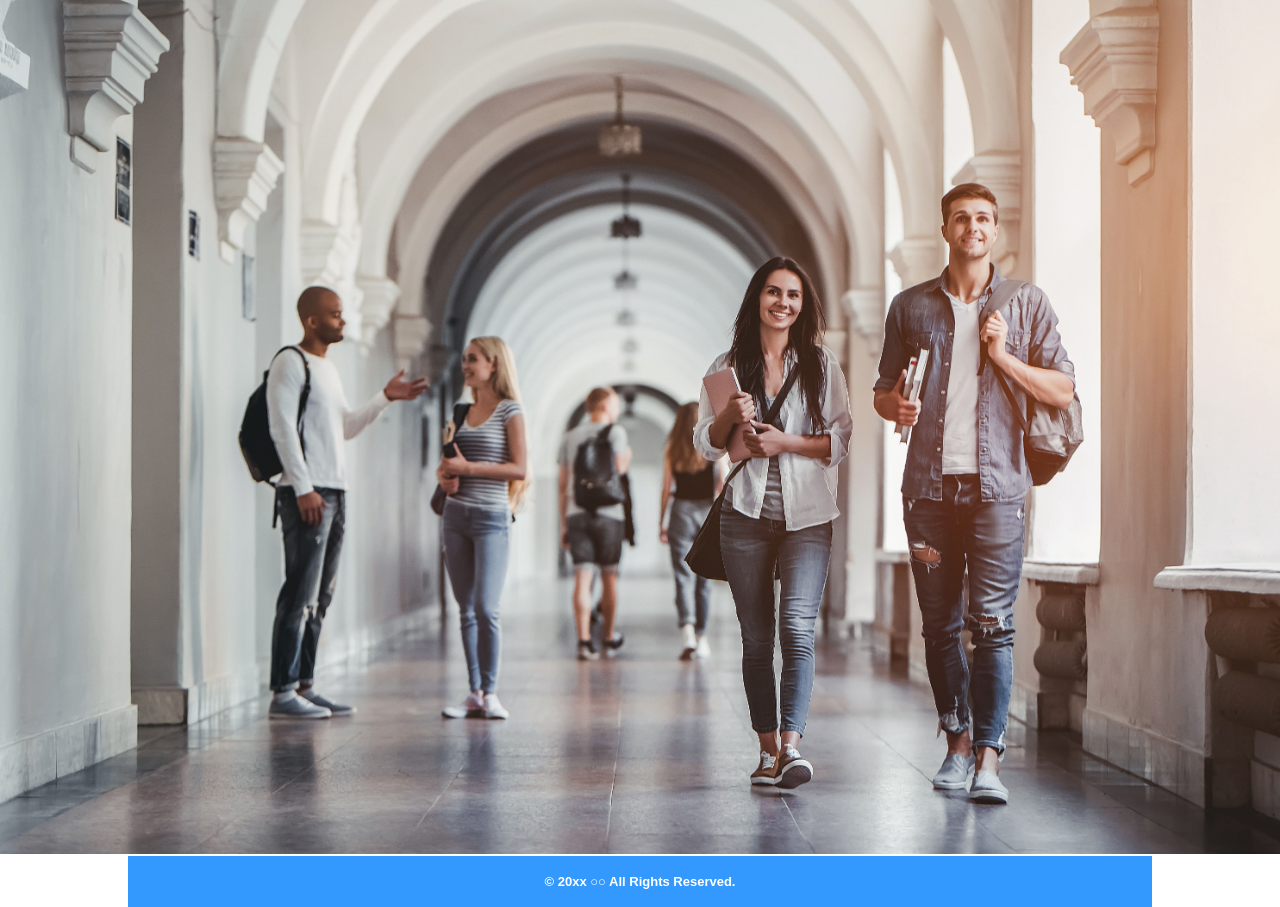
Repository: risa888/practice
Page: index.html
The author's editor kept a record of every edit. The page is drawn from the files as they stood at one moment, then again after the next edit.
The browser window is 1280 px wide. The pictures show the whole page.

Above is the page before.

After the next edit:
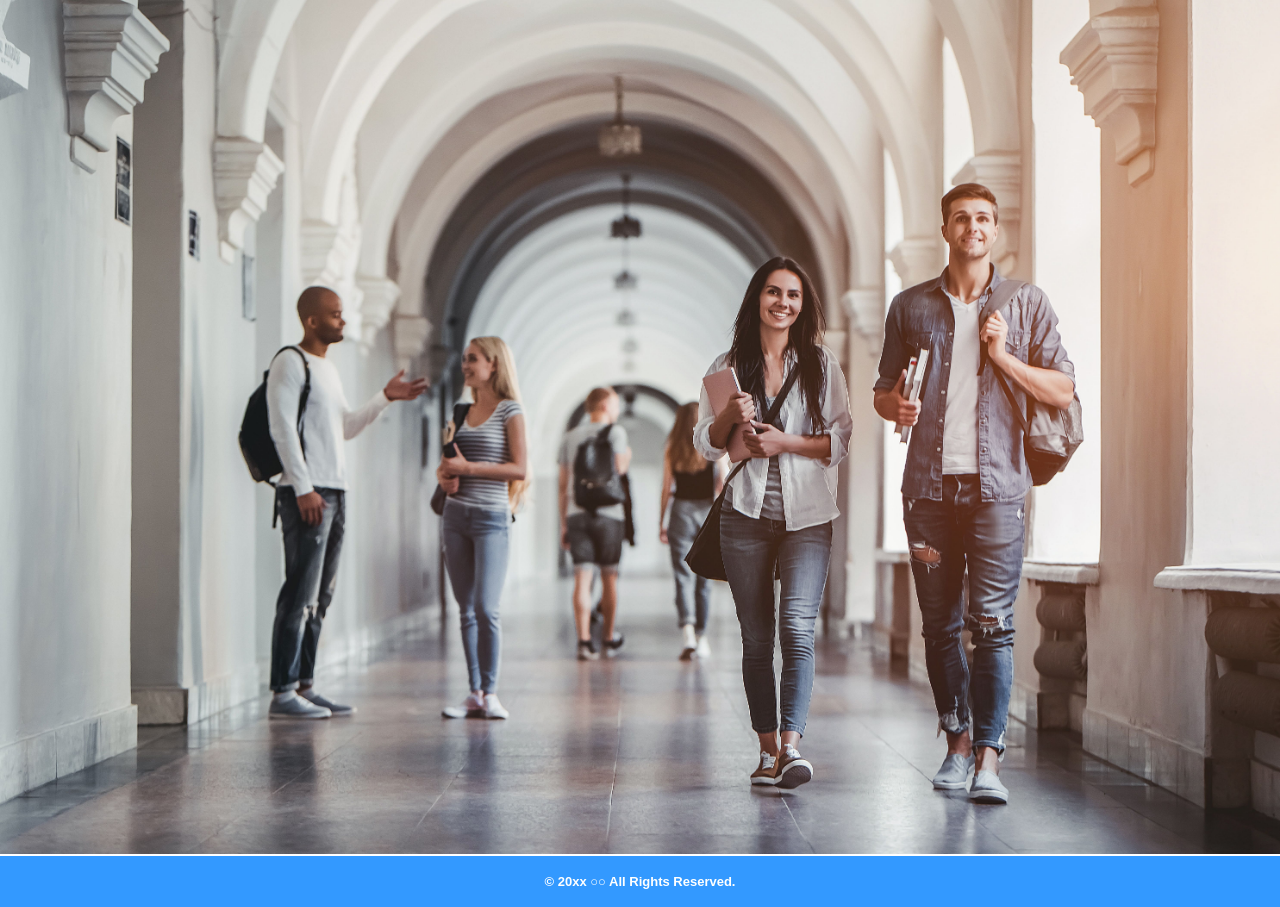
The edit:
--- a/index.html
+++ b/index.html
@@ -9,7 +9,6 @@
     <div id="header">
     <h1><a href="index.html"><img id="corridor" src="images/samurai.jpg" alt="大学の廊下" /></a></h1>
 </div>
-    <div id="wrapper">
     <div id="footer">
     <p>&copy; 20xx ○○ All Rights Reserved.</p>
 </div>
